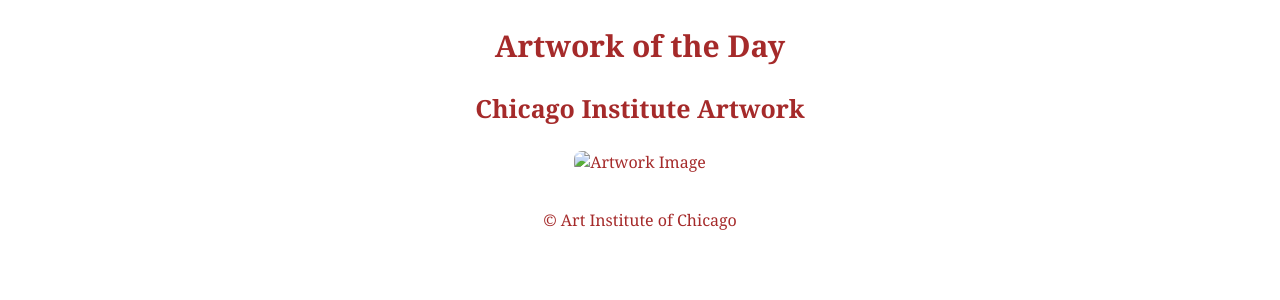
Repository: Bearandbird/amber-hinojos-API-project-haumea
Page: index.html
An editor plug-in stored every save of this project. The page is shown before and after the next save, followed by the edit.
The browser window is 1280 px wide. The pictures show the whole page.
The page's requests for data from a server got no answer.

Above is the page before, as saved 2024-05-27 11:20:48.

After the next save:
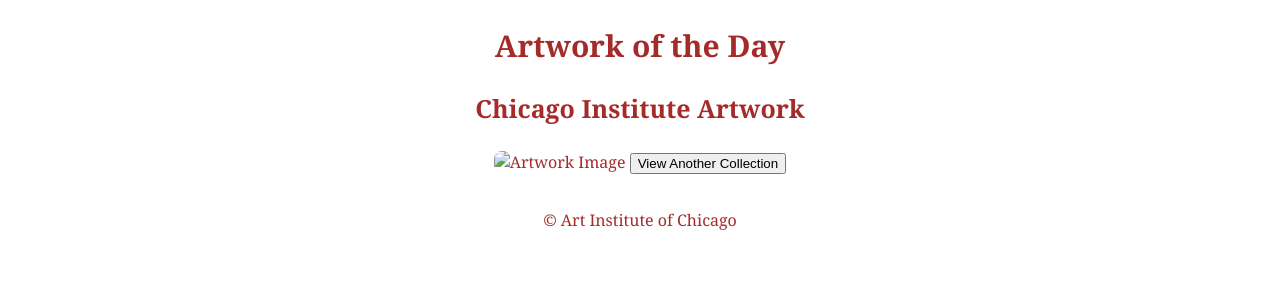
Saved 5 min 34 s later.
--- a/index.html
+++ b/index.html
@@ -5,16 +5,13 @@
     <link rel="stylesheet" href="./index.css"/>
     <meta charset="UTF-8" />
     <meta name="viewport" content="width=device-width, initial-scale=1.0" />
-    <title> Art of the Day</title>
-
+    <title>Art of the Day</title>
 </head>
 
 <body>
     <section id="artwork">
         <h1>Artwork of the Day</h1>
-        <div id= "artwork-container">
-
-        </div>
+        <div id="artwork-container"></div>
     </section>
 
     <section id="artworkSection">
@@ -23,13 +20,12 @@
         <h4 id="artistTitleId"></h4>
         <div id="artistInfo"></div>
         <img id="artworkImage" alt="Artwork Image" />
-
+        <button id="other-collection-button">View Another Collection</button>
         <footer>
             <p>&copy; Art Institute of Chicago</p>
         </footer>
+    </section>
 
-<script src="./index.js"></script>
-
+    <script src="./index.js"></script>
 </body>
-
 </html>
